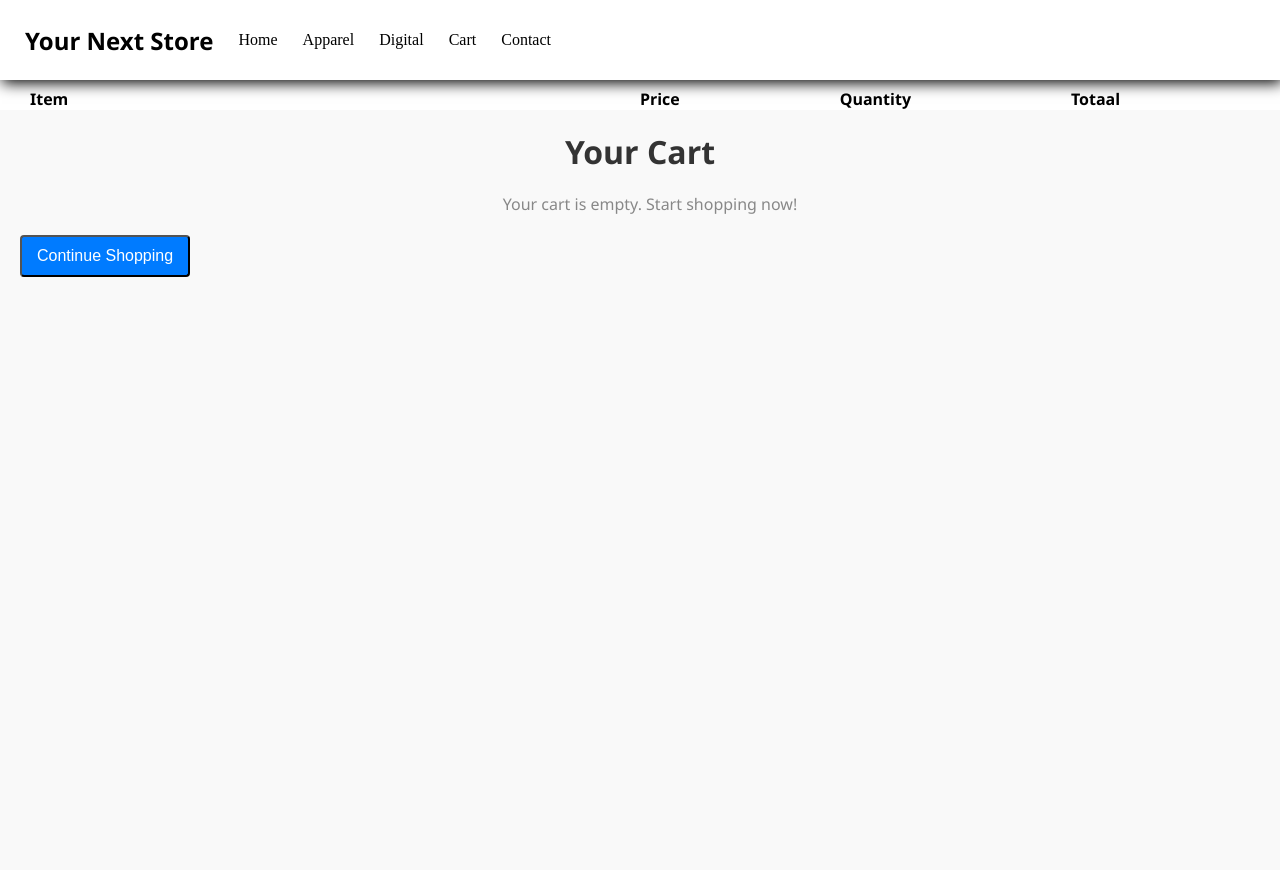
Repository: Sharathguru/React_Project1
Page: /cart
These files come from the project's save history. The page is drawn as it stood at one moment and after the next save; the edit follows.
The browser window is 1280 px wide. The pictures show the whole page.
The project was rebuilt for these pictures with package versions that can differ from the ones it lists, and the page was loaded fresh each time. Also part of the build but not shown: vite.config.js, src/Component/Main/Main1.jsx, src/Component/Main/Cloud.jsx, src/Component/Home.jsx, src/Component/NavbarComponent/Apparel.jsx, src/Component/NavbarComponent/Digital.jsx, src/Component/Contact.jsx, src/Component/Main/Signup.jsx and 3 more.

Above is the page before, as saved 2025-01-17 10:50:43.

### src/main.jsx
import { StrictMode } from 'react'
import { createRoot } from 'react-dom/client'

import App from './App.jsx'


createRoot(document.getElementById('root')).render(

  <App></App>

)

### src/App.jsx
import React, { useState } from 'react';
import { createBrowserRouter, RouterProvider } from 'react-router-dom';
import Home from './Component/Home';
import Apparel from './Component/NavbarComponent/Apparel';
import Digital from './Component/NavbarComponent/Digital';
import Contact from './Component/Contact';
import Signup from './Component/Main/Signup';
import LoginPage from './Component/Main/LoginPage';
import Cart from './Component/NavbarComponent/Cart';

import './App.css';
import Terms from './Component/Main/Terms';

const App = () => {
  const [cartItems, setCartItems] = useState([]);

  const router = createBrowserRouter([
    {
      path: "/",
      element: <Signup />,
      children: [
        {
          path: "/terms",
          element: <Terms />,
        },
      ],
    },
    {
      path: "/login",
      element: <LoginPage />,
    },
    {
      path: "/home",
      element: <Home />,
    },
    {
      path: "/apparel",
      element: <Apparel cartItems={cartItems} setCartItems={setCartItems} />,
    },
    {
      path: "/digital",
      element: <Digital />,
    },
    {
      path: "/cart",
      element: <Cart cartItems={cartItems} setCartItems={setCartItems} />,
    },
    {
      path: "/contact",
      element: <Contact />,
    },
  ]);

  return (
    <div>
      <RouterProvider router={router} />
    </div>
  );
};

export default App;

### src/Component/NavbarComponent/Cart.jsx
import React, { useState } from "react";
import { Link } from "react-router-dom";

const Cart = ({ cartItems, setCartItems }) => {
  const handleRemoveFromCart = (productId) => {
    const updatedCart = cartItems.filter((item) => item.id !== productId);
    setCartItems(updatedCart);
  };

  const handleIncreaseQuantity = (productId) => {
    const updatedCart = cartItems.map((item) =>
      item.id === productId ? { ...item, quantity: item.quantity + 1 } : item
    );
    setCartItems(updatedCart);
  };

  const handleDecreaseQuantity = (productId) => {
    const updatedCart = cartItems.map((item) =>
      item.id === productId && item.quantity > 1
        ? { ...item, quantity: item.quantity - 1 }
        : item
    );
    setCartItems(updatedCart);
  };

  return (
    <div>
      <div id="navbar">
        <nav id="navbar-items">
          <div id="navbar-title">
            <h1>Your Next Store</h1>
          </div>
          <Link className="link" to="/home">Home</Link>
          <Link className="link" to="/Apparel">Apparel</Link>
          <Link className="link" to="/digital">Digital</Link>
          <Link className="link" to="/cart">Cart</Link>
          <Link className="link" to="/contact">Contact</Link>
        </nav>
      </div>
      <br /><br /><br /><br />
    <div id="cart-item-navbar">
      <div  id="cart-item-1">
        <h4>Item</h4>
      </div>
      <div id="cart-tem-all">
        <h4>Price</h4>
        <h4>Quantity</h4>
        <h4>Totaal</h4>
      </div>
    </div>
      <div id="cart-content">
        <h1>Your Cart</h1>
        {cartItems && cartItems.length > 0 ? (
          cartItems.map((item) => (
            <div key={item.id} className="cart-item">
              <img src={item.img} alt={item.name} className="cart-item-image" />
              <div className="cart-item-details">
                <h2>{item.name}</h2>
                <p>Price: {item.price}</p>
                <div>
                  <input type="button" value="-" />
                  <input type="button" value="Add" />

                </div>
                <button
                  className="remove-button"
                  onClick={() => handleRemoveFromCart(item.id)}
                >
                  Remove
                </button>
              </div>
            </div>
          ))
        ) : (
          <p>Your cart is empty. Start shopping now!</p>
        )}
        <Link to="/Apparel">
          <button className="continue-shopping-button">Continue Shopping</button>
        </Link>
      </div>
    </div>
  );
};

export default Cart;

### src/App.css
* {
  margin: 0;
  padding: 0;
}
body
{
    font-family: 'Segoe UI', Tahoma, Geneva, Verdana, sans-serif;
}
#navbar {
    width: 100vw;
    height: 80px;
    background: white;
    box-shadow: 2px 3px 14px black;
    display: flex;
    align-items: center;
    justify-content: space-between;
    position: fixed; /* Change from static to fixed */
    top: 0; /* Ensure it sticks to the top of the viewport */
    z-index: 1000; /* Add z-index to make sure it appears above other content */

  }

#navbar-title h1
{
/* padding-bottom: 10px; */
font-weight: 700;
}

#navbar-items {

  width: 45%;
  display: flex;
  justify-content: space-evenly;
  align-items: center;
}


.link {
  text-decoration: none;
  color: black;
  font-size: 16px;
  font-family: "Times New Roman", Times, serif;
}

.link:hover {
  background: linear-gradient(45deg, black, rgb(232, 145, 4));
  -webkit-background-clip: text;
  background-clip: text;
  color: transparent;
}

#navbar-search {
    margin-right: 25px;
  flex-grow: 1;
  display: flex;
  justify-content: flex-end;
  padding-right: 10px;
  align-items: center;
}

#navbar-search input {
  width: 180px;
  height: 30px;
  border: 1px solid #ccc;
  border-radius: 4px;
  padding: 0 10px;
  font-size: 14px;
}
#navbar-search input::placeholder
{
font-size: 12px;
}

#navbar-search i,
#navbar-search a {
  padding-left: 10px;
  font-size: 16px;
  color: #888;
  cursor: pointer;
  text-decoration: none;
}

#navbar-search a:hover {
  background: linear-gradient(45deg, black, rgb(232, 145, 4));
  -webkit-background-clip: text;
  background-clip: text;
  color: transparent;
}

#navbar-icon i {
  padding-right: 20px;
  font-size: 20px;
  cursor: pointer;
  display: none;
}

#navbar-icon i:hover {
  background: linear-gradient(45deg, black, rgb(232, 145, 4));
  -webkit-background-clip: text;
  background-clip: text;
  color: transparent;
}
#home-part1 {
    background-color: rgb(247, 244, 244);
    margin: 100px 0 0 40px; /* Add top margin to prevent overlapping */
    width: 94vw;
    height: 480px;
    position: relative; /* Change position to relative to avoid sticky conflicts */
    display: flex;
    justify-content: space-evenly;
    align-items: center;
}

#home-part1 p
{
    padding-top: 10px;
    color: rgb(83, 79, 80);
}
#home-part1 button
{
    margin-top: 15px;
    background: rgb(46, 48, 49);
    border: none;
    border-radius: 20px;
    width: 90px;
    height: 30px;
    color: white;
    font-weight: bold;
    cursor: pointer;
}

#home-part1-img img
{
    width: 300px;
}
#home-part2
{

    display: flex;
    justify-content: space-evenly;
    flex-wrap: wrap;
    row-gap: 70px;

}
#cloud {
    background-color: rgb(222, 219, 219);
    margin: 10px 0 10px 0px;
    width: 25.4%;
    height: 340px;
    position: relative;
    border-radius: 10px;

}
#cloud img
{
    /* margin-left: 20px; */
    position: relative;
    left: -30px;
    bottom: 10px;
    right: 85px;
    width: 395px;
    height: 350px;
}
#cloud img:hover
{
opacity: 0.5;
transform: translateY(-10px);
}
#home-part2 h1
{
    /* padding-left: 35px; */
    font-size: 25px;
}
#cloud p:first-child {
    padding-left: 80px;
    font-size: 20px;
}

#home-part2a
{
    margin: 20px 0 0 0;
    width: 94vw;
    display: flex;
    justify-content: space-around;

}
#cloud1 img
{
    width: 500px;
    border-radius: 10px;
}
#cloud1a img
{
    width: 500px;
    border-radius: 10px;
}
#para p
{
    margin-right: 20px;
}
#cloud1:hover , #cloud1a:hover {
    opacity: 0.7;
}



/* Outer container */
#border-down {
  margin-top: 20px;
  background-color: rgb(240, 240, 240);
  height: 220px;
  position: relative;
  width: 100%;
  display: flex; /* Flexbox for alignment */
  justify-content: space-between; /* Space between left and right sections */
  align-items: center;
  padding: 20px;
  box-sizing: border-box;
}

/* Left Section */
#details-product-left {
  display: flex;
  flex-direction: column;
  justify-content: center;
  align-items: flex-start;
}

#details-product-left h1 {
  font-size: 18px;
  margin-bottom: 10px;
}

#details-product-left input {
  padding: 8px;
  border: 1px solid #ccc;
  border-radius: 4px;
  margin-right: 10px;
}

#details-product-left button {
  background-color: #1a202c;
  color: #fff;
  border: none;
  padding: 8px 16px;
  border-radius: 4px;
  cursor: pointer;
}

/* Right Section */
#details-product-right {
  display: flex;
  justify-content: space-between;
  align-items: flex-start;
  gap: 50px; /* Space between Products and Support */
}

#details-Product,
#details-Product1 {
  text-align: left;
}

#details-Product h4,
#details-Product1 h4 {
  font-size: 16px;
  margin-bottom: 10px;
}

#details-Product a,
#details-Product1 a {
  text-decoration: none;
  color: #333;
  font-size: 14px;
}

#details-Product a:hover,
#details-Product1 a:hover {
  text-decoration: underline;
}

/* Outer container */
#border-down {
  margin-top: 20px;
  background-color: rgb(240, 240, 240);
  height: 250px;
  position: relative;
  width: 100%;
  display: flex;
  justify-content: space-between;
  align-items: center;
  padding: 20px;
  box-sizing: border-box;
}

/* Left Section */
#details-product-left {
  display: flex;
  flex-direction: column;
  justify-content: flex-start;
  align-items: flex-start;
  gap: 10px;
}

#details-product-left h1 {
  font-size: 18px;
  margin-bottom: 5px;
}

#details-product-left input {
  padding: 8px;
  border: 1px solid #ccc;
  border-radius: 4px;
  margin-right: 10px;
  width: 250px;
}

#details-product-left button {
  background-color: #1a202c;
  color: #fff;
  border: none;
  padding: 8px 16px;
  border-radius: 10px;
  cursor: pointer;
  margin-top: 10px;
}

/* Right Section */
#details-product-right {
  display: flex;
  justify-content: flex-end;
  align-items: flex-start;
  gap: 50px;
}

#details-Product,
#details-Product1 {
  text-align: left;
}

#details-Product h4,
#details-Product1 h4 {
  font-size: 16px;
  margin-bottom: 10px;
}

#details-Product a,
#details-Product1 a {
  text-decoration: none;
  color: #333;
  font-size: 14px;
}

#details-Product a:hover,
#details-Product1 a:hover {
  text-decoration: underline;
}

/* Footer Section */
#footer {
  /* text-align: center; */
  padding: 15px 0;
  font-size: 14px;
  color: #555;
  background-color: rgb(240, 240, 240);
  border-top: 1px solid #ddd;
}

#footer p {
  margin: 5px 0;
}
#Apparel-heading
{
  padding-top: 10px;
  padding-left: 30px;
}
#Apparel-heading h3
{
font-size: 1.5rem;
}
#Apparel-heading p
{
color: #888;
}

#Apparel-detail {
  margin-top: 20px;
  display: flex;
  justify-content: space-evenly;
  flex-wrap: wrap; /* Ensure items wrap on smaller screens */
  /* gap: 10px;  */
  column-gap: 10px;
  row-gap: 120px;
  width: 100%; /* Ensure container fits within the viewport */
}

.Apparel-items-box {
  margin: 0; /* Remove extra margin */
  border-radius: 10px;
  /* background-color: #9e2626; */
  width: 25%; /* Adjust as needed for layout */
  height: 340px;
  box-sizing: border-box;

}

.Apparel-item-all img {
  width: 315px; /* Scale image to fit its container */
  height: 339px; /* Ensure image stretches to container height */
 border-radius: 20px;
}

.Apparel-item-all img:hover
{
opacity: 0.5;
transform: translateY(-5px);
cursor: pointer;
}

.Apparel-item-all h1
{
 margin: 40px  0 0 0;
font-size: 1.3rem;
text-align: center;
}
.Apparel-item-all p
{
text-align: center;
}

/* Target the 10th Apparel-items-box */
.Apparel-items-box:nth-child(10) {
 margin-right: 63%;
}
#Digital-title h2,p
{
  padding-left: 20px;
}
#Digital-title p
{
color: #888;
}
#Digital-item
{
  display: flex;
  flex-wrap: wrap;
  justify-content: space-evenly;
}

.Digital-item-all
{
  margin: 30px 0 0 30px;

}
.Digital-item-all img
{
  border-radius: 10px;
  width: 370px;
  transform: translateY(-10px);
}
/* General Contact Form Styling */
#contact {
  margin: 40px auto;
  padding: 20px;
  max-width: 600px;
  border: 1px solid #ddd;
  border-radius: 8px;
  background-color: #f9f9f9;
}

#contact-item {
  text-align: center;
}

#contact-item h3 {
  font-size: 24px;
  color: #333;
  margin-bottom: 20px;
}

/* Contact Form Container */
#contact-item-all {
  display: flex;
  flex-direction: column;
  gap: 15px;
}

/* Input and Textarea Styling */
.item-all-contact label {
  font-size: 16px;
  color: #333;
  margin-bottom: 8px;
  text-align: left;
  display: block;
}

.item-all-contact input,
.item-all-contact textarea {
  padding: 10px;
  font-size: 16px;
  width: 100%;
  border: 1px solid #ccc;
  border-radius: 4px;
  margin-bottom: 10px;
  box-sizing: border-box;
}

.item-all-contact input:focus,
.item-all-contact textarea:focus {
  border-color: #6c757d;
  outline: none;
}

/* Button Styling */
button[type="submit"] {
  width: 200px;
  padding: 12px 20px;
  margin-left: 200px;
  font-size: 16px;
  color: #fff;
  background-color: #383534;
  border: none;
  border-radius: 10px;
  cursor: pointer;
  transition: background-color 0.3s ease;
}

button[type="submit"]:hover {
  background-color: #0056b3;
}

.buy-now-button {
  background-color: #ff5722;
  color: white;
  border: none;
  padding: 10px 15px;
  border-radius: 5px;
  font-size: 14px;
  cursor: pointer;
  transition: background-color 0.3s ease, transform 0.2s ease;
}

.buy-now-button:hover {
  background-color: #e64a19;
  transform: scale(1.05);
}

.buy-now-button:active {
  background-color: #d84315;
  transform: scale(1);
}

#already-login
{
 padding: 5px 0 0 60px;
  font-size: 0.43rem;
}
.Login-signup
{
  padding-left: 5px;
  text-decoration: none;
}

#Subscribe-group
{
  position: relative;
  top: 100px;
}


/* Cart Container */
#cart-content {
  padding: 20px;
  background-color: #f9f9f9;
  min-height: 100vh;
}

#cart-content h1 {
  text-align: center;
  font-size: 2rem;
  color: #333;
  margin-bottom: 20px;
}

.cart-item {
  display: flex;
  align-items: center;
  justify-content: space-between;
  background-color: #fff;
  padding: 20px;
  border-radius: 8px;
  margin-bottom: 15px;
  box-shadow: 0 2px 4px rgba(0, 0, 0, 0.1);
}

.cart-item img {
  width: 100px;
  height: 100px;
  /* object-fit: cover; */
  border-radius: 8px;
}

.cart-item-details {
  flex-grow: 1;
  margin-left: 20px;
}

.cart-item-details h2 {
  font-size: 1.2rem;
  color: #333;
}

.cart-item-details p {
  font-size: 1rem;
  color: #555;
}

.remove-button {
  background-color: #ff4d4d;
  color: white;
  border: none;
  padding: 10px 15px;
  cursor: pointer;
  border-radius: 4px;
  transition: background-color 0.3s ease;
}

.remove-button:hover {
  background-color: #e60000;
}

.continue-shopping-button {
  background-color: #007bff;
  color: white;
  padding: 10px 15px;
  text-decoration: none;
  border-radius: 4px;
  font-size: 1rem;
  margin-top: 20px;
  display: inline-block;
  text-align: center;
}

.continue-shopping-button:hover {
  background-color: #0056b3;
}

/* Empty Cart Message */
#cart-content p {
  text-align: center;
  font-size: 1rem;
  color: #888;
  margin-top: 20px;
}
#cart-item-navbar
{
  display: flex;
  justify-content: space-between;
}
#cart-item-navbar>div:nth-child(1)
{
padding-left: 30px;
}
#cart-tem-all
{
  width: 800px;
  display: flex;
  justify-content: space-evenly;
}










/* Mobile view adjustments */
@media screen and (max-width: 500px) {
  #navbar-items {
    display: none; /* Hide the navbar items */
  }

  #navbar-search {
    display: none; /* Hide the search bar */
  }

  #navbar-icon i {
    display: block; /* Show the icon */
  }
}
@media (max-width: 768px) {
  #contact {
    padding: 15px;
  }

  #contact-item-all {
    gap: 10px;
  }

  button[type="submit"] {
    font-size: 14px;
    padding: 10px 16px;
  }
}

### src/Component/Main/Signup.css
* {
    padding: 0;
    margin: 0;
  }

  #signup-heading {
    width: 100vw;
    height: 100vh;
    border-radius: 20px;
    position: relative;
    display: flex;
    justify-content: space-evenly;
    align-items: center;
    background: linear-gradient(190deg, rgb(243, 235, 235), rgb(237, 147, 147));
    animation: fadeIn 1.5s ease-in-out;
  }
  #signup-details h1
  {
    margin-bottom: 20px;
    text-align: center;

  }
  .signup-group {
    position: relative;
    margin-bottom: 20px;
    animation: slideIn 1.2s ease-in-out;
    margin-left: 30px;
  }

  .signup-group i {
    margin-left: 10px;
    position: absolute;
    transform: translateY(70%);
    color: #555;
    transition: color 0.3s ease;
  }

  .signup-group input[type="text"],
  .signup-group input[type="email"],
  .signup-group input[type="password"] {
    width: 300px;
    padding: 10px 40px;
    border: 1px solid #ddd;
    border-radius: 5px;
    font-size: 16px;
    color: #555;
    outline: none;
    transition: all 0.3s ease;
    box-sizing: border-box;
  }

  .signup-group input[type="text"]:focus,
  .signup-group input[type="email"]:focus,
  .signup-group input[type="password"]:focus {
    border-color: #007bff;
    box-shadow: 0 0 5px rgba(0, 123, 255, 0.5);
  }

  .signup-group input[type="text"]:hover,
  .signup-group input[type="email"]:hover,
  .signup-group input[type="password"]:hover {
    background-color: #f9f9f9;
  }

  .signup-group input[type="text"]:focus + i,
  .signup-group input[type="email"]:focus + i,
  .signup-group input[type="password"]:focus + i {
    color: #007bff;
  }

  #signup-heading img {
    width: 400px;
    border-radius: 20px;
    animation: bounceIn 2s ease-in-out;
  }

  input[type="checkbox"] {

    cursor: pointer;

    margin: 25px 10px 0 0 ;

  }

  input[type="submit"] {
    width: 300px;
    padding: 10px;
    background: #007bff;
    color: #fff;
    border: none;
    border-radius: 5px;
    font-size: 16px;
    cursor: pointer;
    transition: background 0.3s ease;
    animation: zoomIn 1s ease-in-out;
    margin-left: 27px;
  }

  input[type="submit"]:hover {
    background: #0056b3;
  }

  span {
    font-size: 14px;
    color: #555;
  }
#checkbox:hover + span
  {
    font-size: 14px;
    color: black;
  }


  /* Animations */

  @keyframes fadeIn {
    from {
      opacity: 0;
      transform: translateY(-20px);
    }
    to {
      opacity: 1;
      transform: translateY(0);
    }
  }

  @keyframes slideIn {
    from {
      opacity: 0;
      transform: translateX(-20px);
    }
    to {
      opacity: 1;
      transform: translateX(0);
    }
  }

  @keyframes bounceIn {
    10% {
      opacity: 0;
      transform: scale(0.5);
    }
    10% {
      opacity: 1;
      transform: scale(1.2);
    }
    100% {
      transform: scale(1);
    }
  }

  @keyframes zoomIn {
    from {
      transform: scale(0.8);
      opacity: 0;
    }
    to {
      transform: scale(1);
      opacity: 1;
    }
  }

Loaded but not shown: index.html (common file)

After the next save:
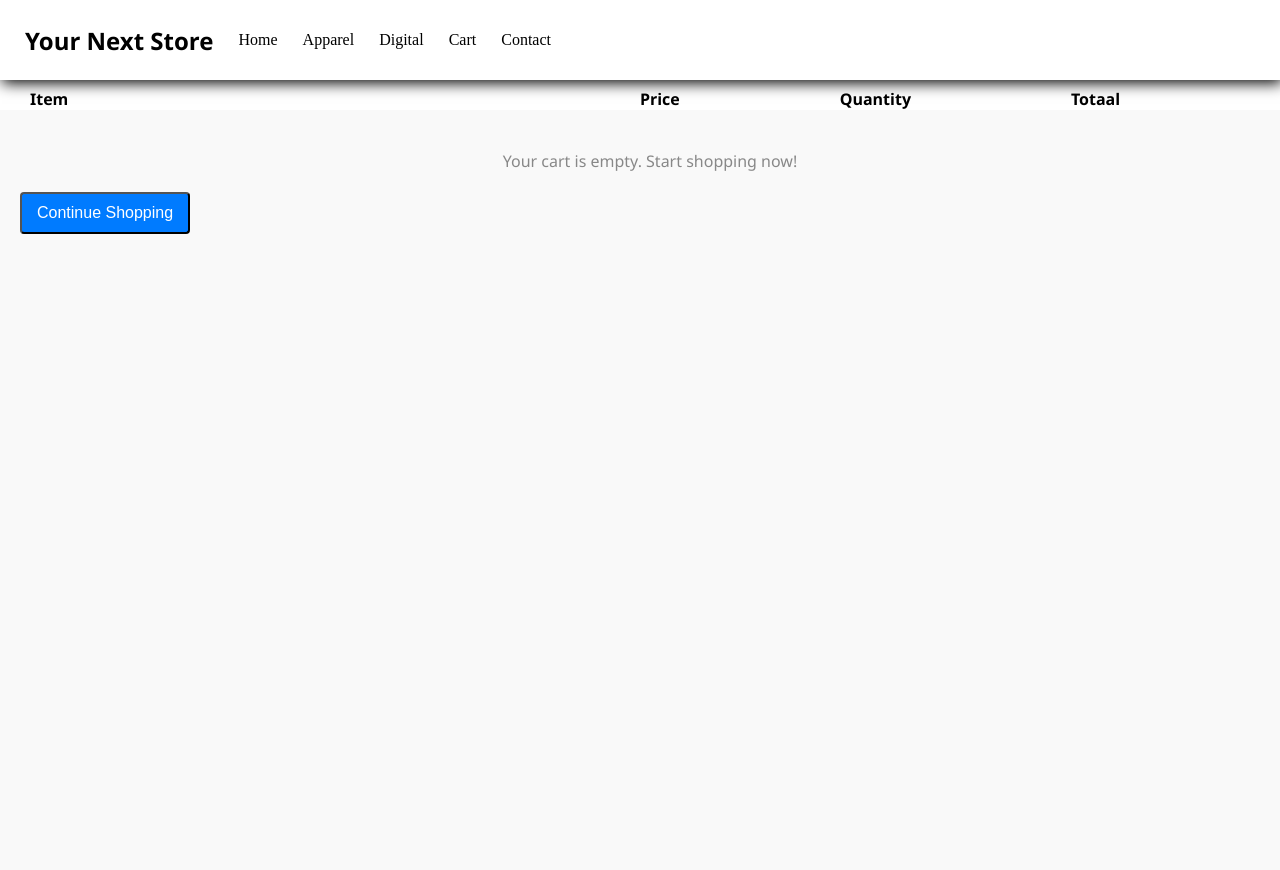
Saved 37 s later.
--- a/src/Component/NavbarComponent/Cart.jsx
+++ b/src/Component/NavbarComponent/Cart.jsx
@@ -49,7 +49,6 @@ const Cart = ({ cartItems, setCartItems }) => {
       </div>
     </div>
       <div id="cart-content">
-        <h1>Your Cart</h1>
         {cartItems && cartItems.length > 0 ? (
           cartItems.map((item) => (
             <div key={item.id} className="cart-item">
